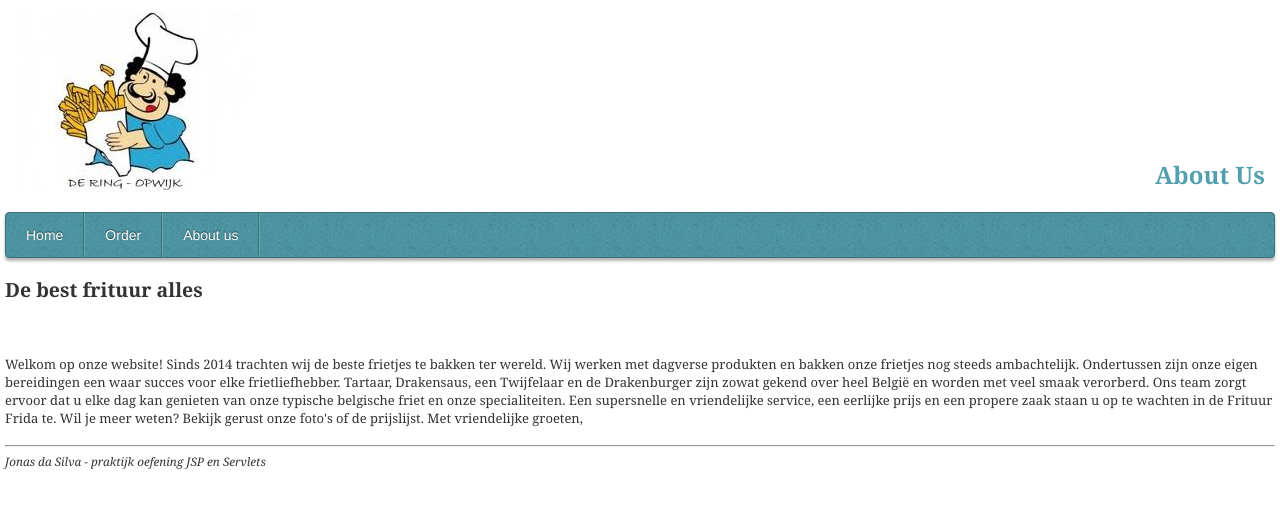
Repository: Projetos-intec/workspace-JavaWebJSP
Page: http://localhost/FrituurFrida/aboutus.jsp
An editor plug-in stored every save of this project. The page is shown before and after the next save, followed by the edit.
The browser window is 1280 px wide. The pictures show the whole page.
The page is served by Tomcat 9.

Above is the page before, as saved 2014-09-16 13:59:19.

After the next save:
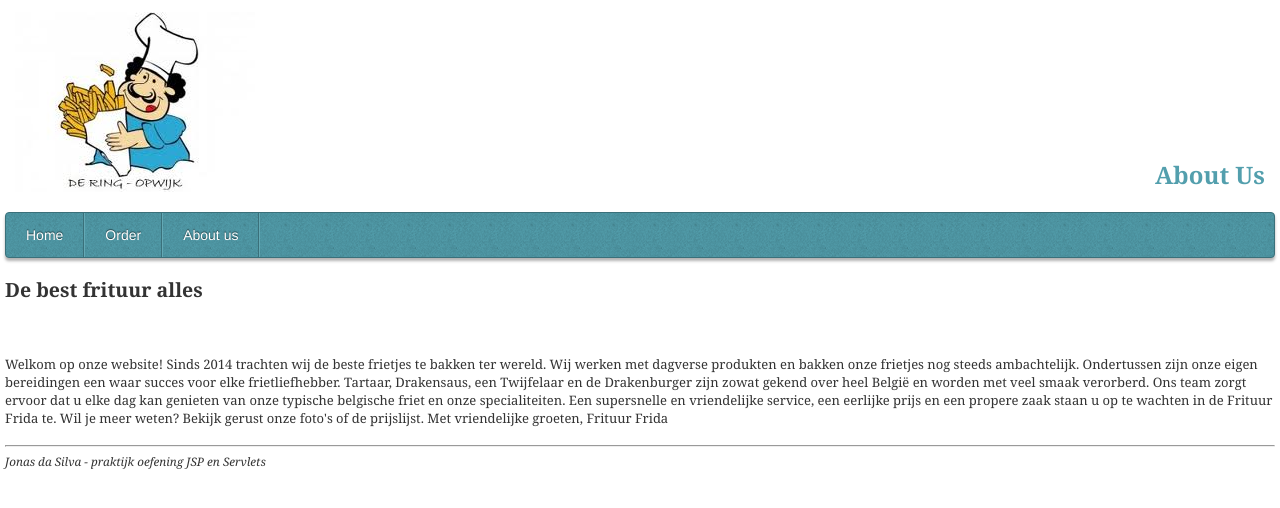
Saved 49 s later.
--- a/FrituurFrida/WebContent/aboutus.jsp
+++ b/FrituurFrida/WebContent/aboutus.jsp
@@ -29,6 +29,7 @@
 	<h2>De best frituur alles</h2>
 	<br />
 	${msg} <br />
+	<div>
 	Welkom op onze website! Sinds 2014 trachten wij de beste frietjes te
 	bakken ter wereld. Wij werken met dagverse produkten en bakken onze
 	frietjes nog steeds ambachtelijk. Ondertussen zijn onze eigen
@@ -40,7 +41,11 @@
 	prijs en een propere zaak staan u op te wachten in de Frituur Frida te.
     Wil je meer weten? Bekijk gerust onze foto's of de prijslijst.
 
-	Met vriendelijke groeten, </article>
+	Met vriendelijke groeten,
+	Frituur Frida
+
+	</div>
+	</article>
 	<footer>
 	<hr />
 	Jonas da Silva - praktijk oefening JSP en Servlets </footer>
